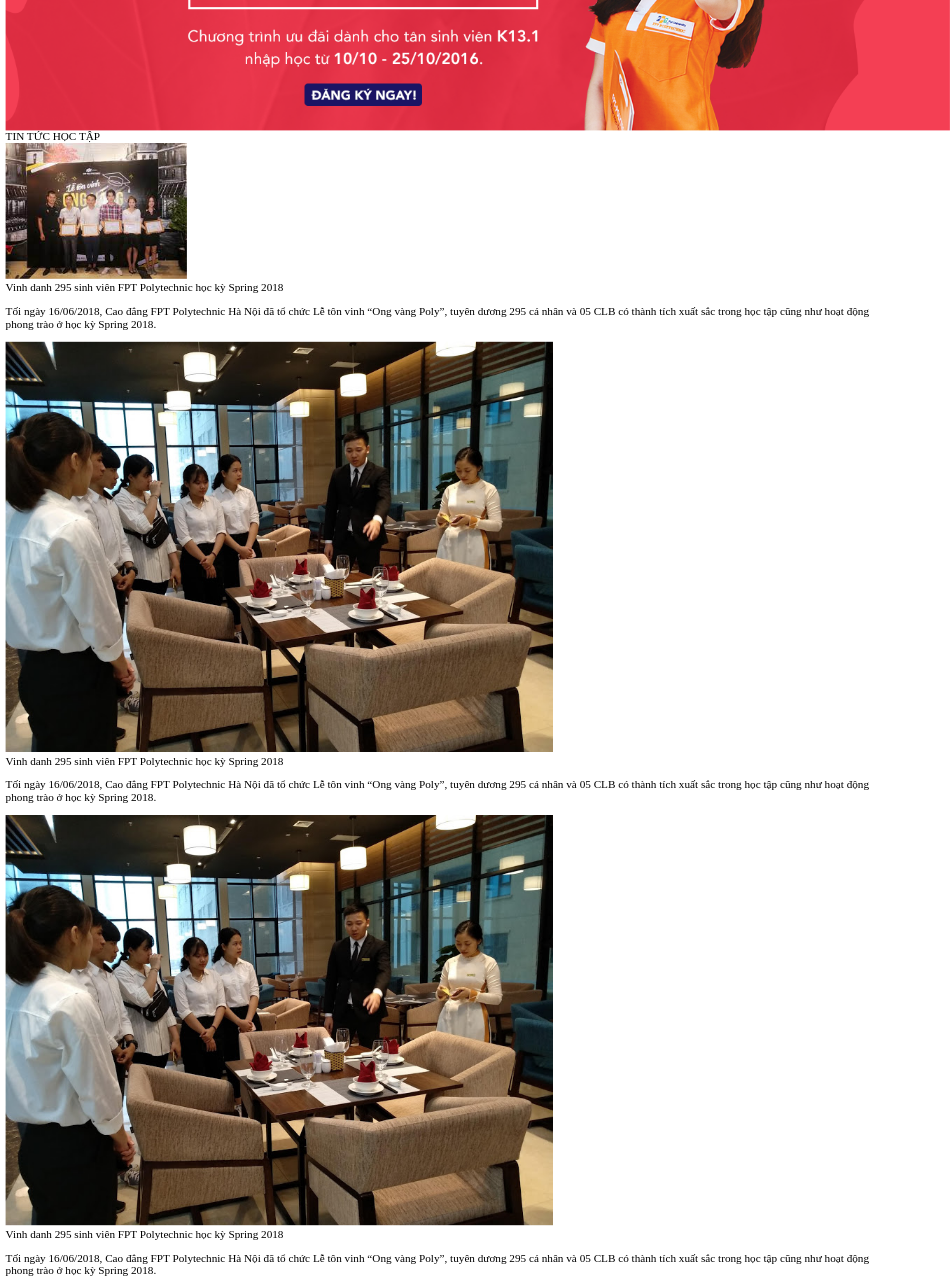
Repository: manhkkkk/assigntment
Page: index.html
These files come from the project's save history. The page is drawn as it stood at one moment and after the next save; the edit follows.
The browser window is 1280 px wide. The page is 1359 px wide, so the pictures cover 1359 px, including what lies to the right of the window. The pictures show the part of the page from y = 976 to 2816 px (the page is 2816 px tall), at 70% of full size.

Above is the page before, as saved 2022-01-10 08:00:19.

After the next save:
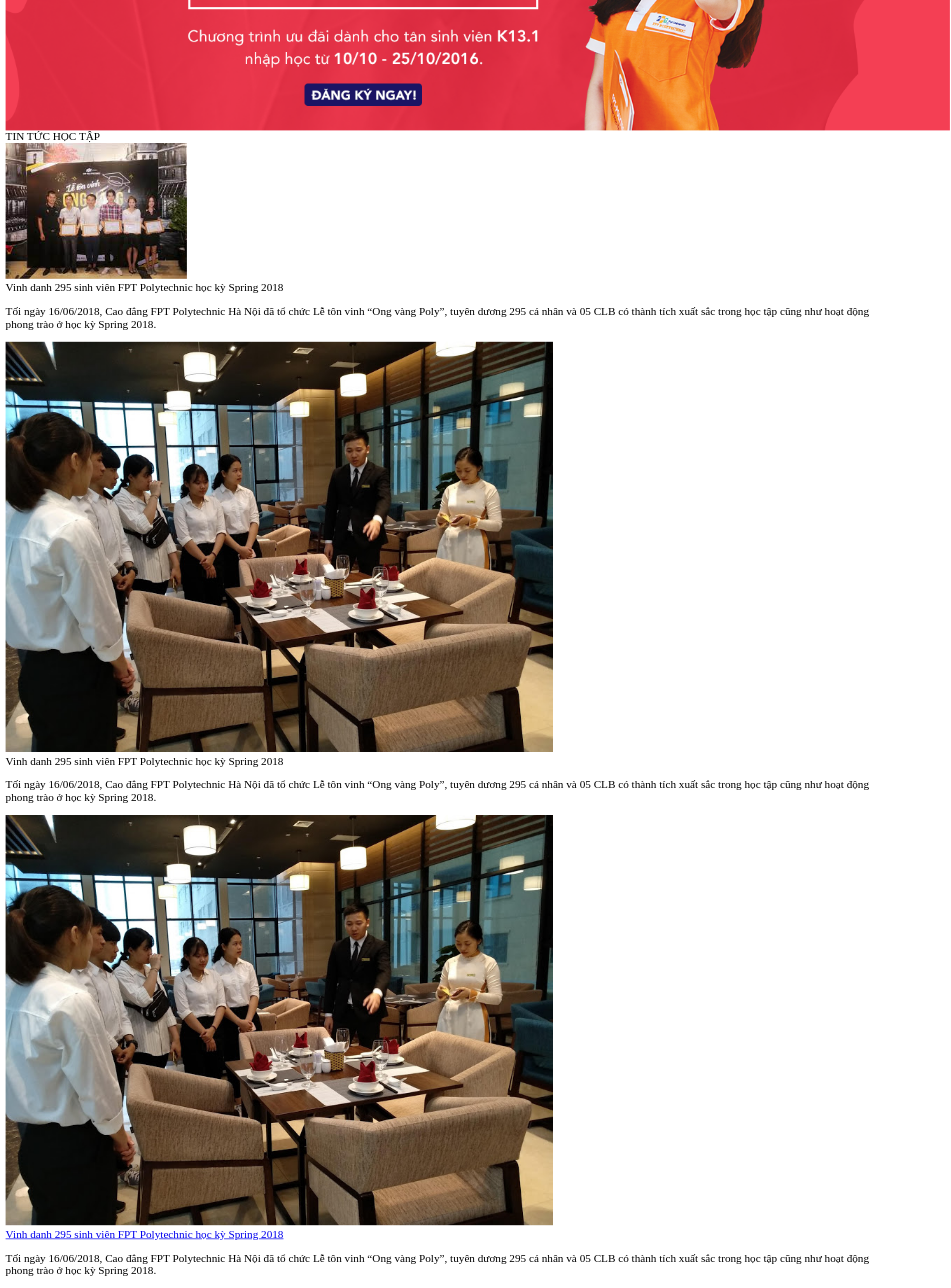
Saved 21 s later.
--- a/index.html
+++ b/index.html
@@ -145,9 +145,10 @@
                         <div>
                             <div class="py-3">
                                 <span class="text-xl font-bold text-red-900">
-                                    <a href="#"></a>
-                                    Vinh danh 295 sinh viên FPT Polytechnic học
-                                    kỳ Spring 2018
+                                    <a href="#">
+                                        Vinh danh 295 sinh viên FPT Polytechnic
+                                        học kỳ Spring 2018</a
+                                    >
                                 </span>
                             </div>
                             <p class="text-justify not-italic text-base">
